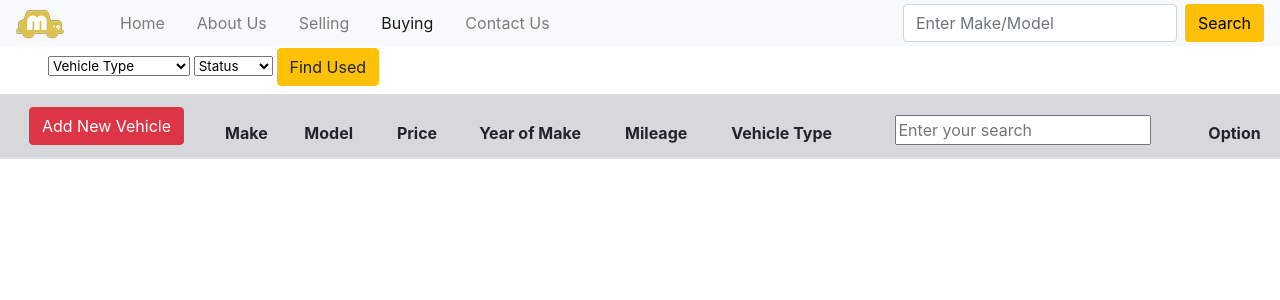
Repository: 99Ace/Project3-car-listing
Page: http://localhost/
The author's editor kept a record of every edit. The page is drawn from the files as they stood at one moment, then again after the next edit.
The browser window is 1280 px wide. The pictures show the whole page.
Some web libraries are served in a nearby version. The page is served by the project's application, run on Flask 3 (app.py). Queries for data that is not in the repository find no rows.

Above is the page before.

After the next edit:
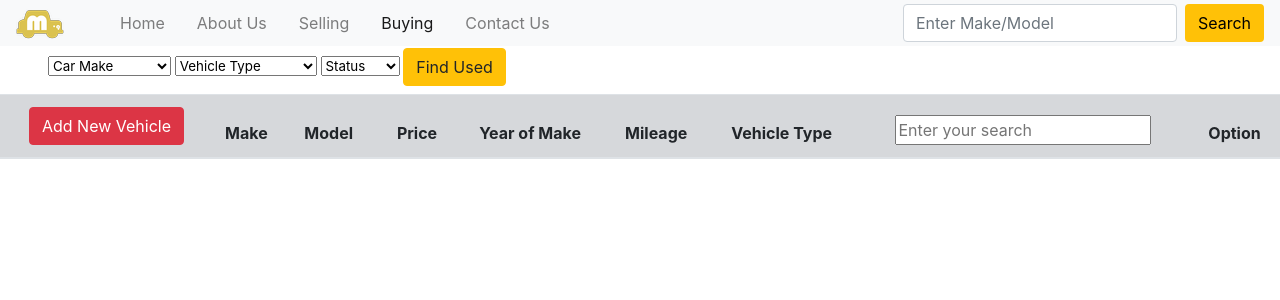
The edit:
--- a/templates/index.html
+++ b/templates/index.html
@@ -54,15 +54,16 @@
         <!--Search Bar: allows user to key in the make/model of cars they looking for, budget, etc-->
         <div class="px-5 py-2">
           <form style="font-size:10pt; color:rgb(127, 127, 127)" method="POST">
-            <!--<select name="search-car-make">-->
-            <!--  <option value="*"           > Car Make </option>                    -->
-            <!--  <option value="Audi"          > Audi </option>                    -->
-            <!--  <option value="Mercedes-Benz" > Mercedes-Benz</option>                    -->
-            <!--  <option value="BMW"           > BMW</option>                    -->
-            <!--  <option value="Volvo"         > Volvo</option>                    -->
-            <!--  <option value="Jaguar"        > Jaguar</option>   -->
-            <!--  <option value="*"           > All Make </option>                    -->
-            <!--</select>-->
+             <!--To allow user to select Car Make-->
+            <select name="search-car-make">
+              <option value="*"           > Car Make </option>
+              <option value="Audi"          > Audi </option>
+              <option value="Mercedes-Benz" > Mercedes-Benz</option>
+              <option value="BMW"           > BMW</option>
+              <option value="Volvo"         > Volvo</option>
+              <option value="Jaguar"        > Jaguar</option>
+              <option value="*"           > All Make </option>
+            </select>
              <!--To allow user to select their maximum budget-->
             <!--<select name="search-price-max">-->
             <!--                <option value="0">Max Price</option>                    -->
